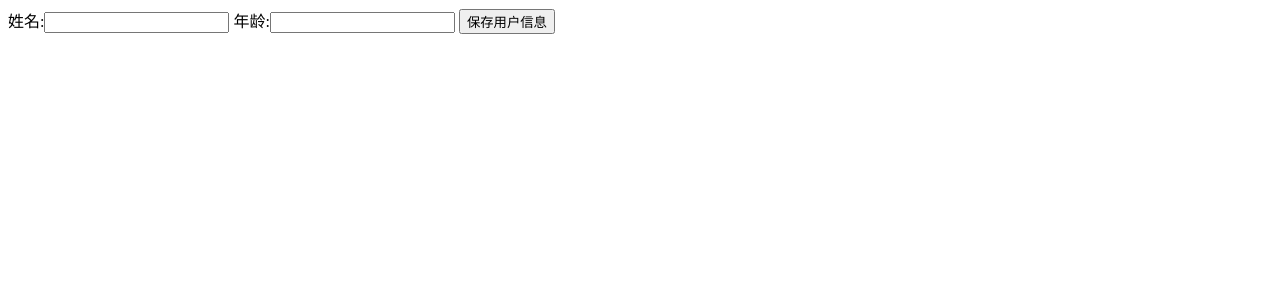
Repository: icankeep/Java
Page: http://localhost/web-crud/user/edit
These files come from the project's save history. The page is drawn as it stood at one moment and after the next save; the edit follows.
The browser window is 1280 px wide. The pictures show the whole page.
The page is served by Tomcat 9.

Above is the page before, as saved 2018-12-04 12:26:40.

After the next save:
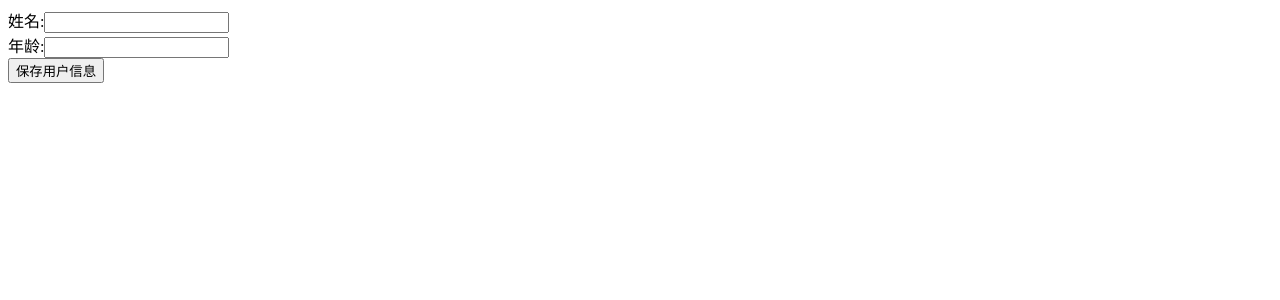
Saved 98 s later.
--- a/workspace/web-crud/webapp/WEB-INF/edit.jsp
+++ b/workspace/web-crud/webapp/WEB-INF/edit.jsp
@@ -7,8 +7,8 @@
 </head>
 <body>
 	<form action="/user/save" method="post">
-		姓名:<input type="text" name="name" required/>
-		年龄:<input type="number" name="age" required/>
+		姓名:<input type="text" name="name" required/><br/>
+		年龄:<input type="number" name="age" required/><br/>
 		<input type="submit" value="保存用户信息"/>
 	</form>
 </body>
